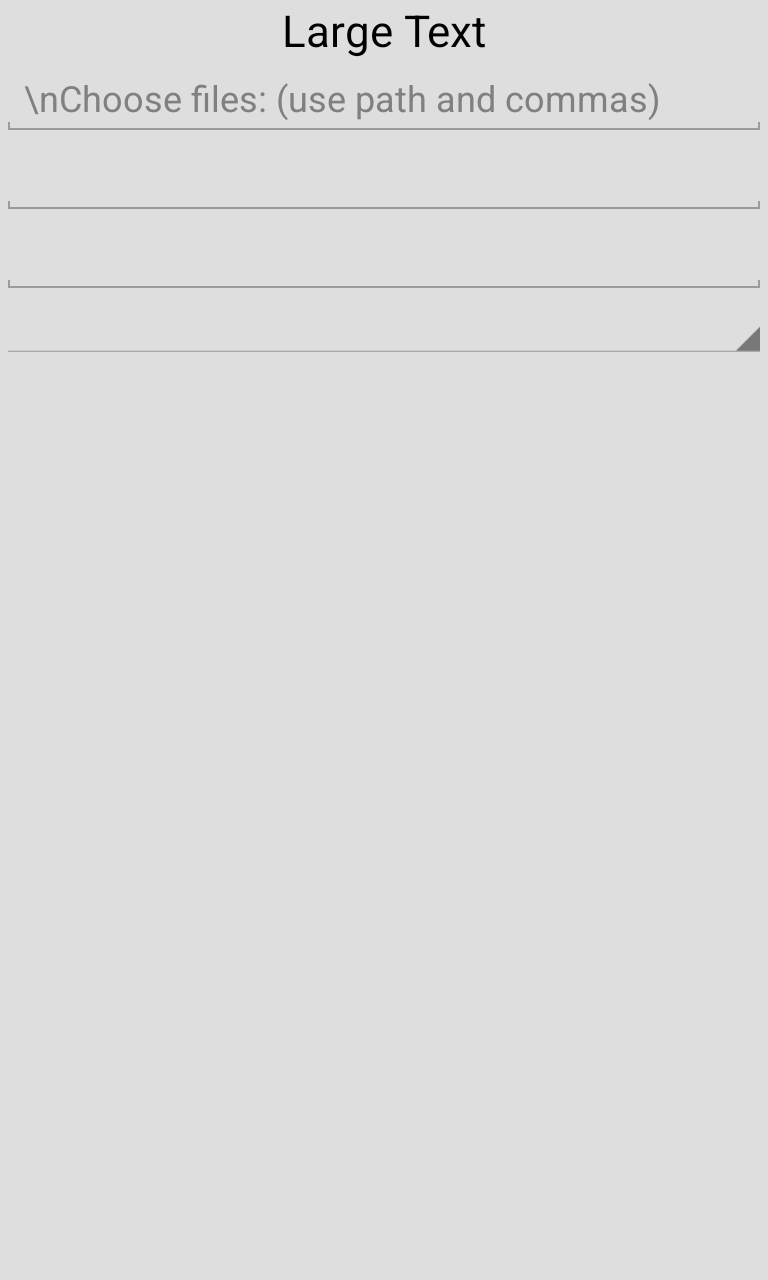
Repository: ya-ivanov/Android-Projects
Layout: Android Projects (OLD)/Zip It!/ZipIt/res/layout/activity_main.xml
The author's editor kept a copy of each file at every save. The layout is drawn from the files as they stood at one save, then again after the next save.
It is drawn on a 768 x 1280 px phone screen (xhdpi) without system bars, with theme AppTheme; the app's code is not run.

Above is the layout before, as saved 2013-12-11 20:16:05.

After the next save:
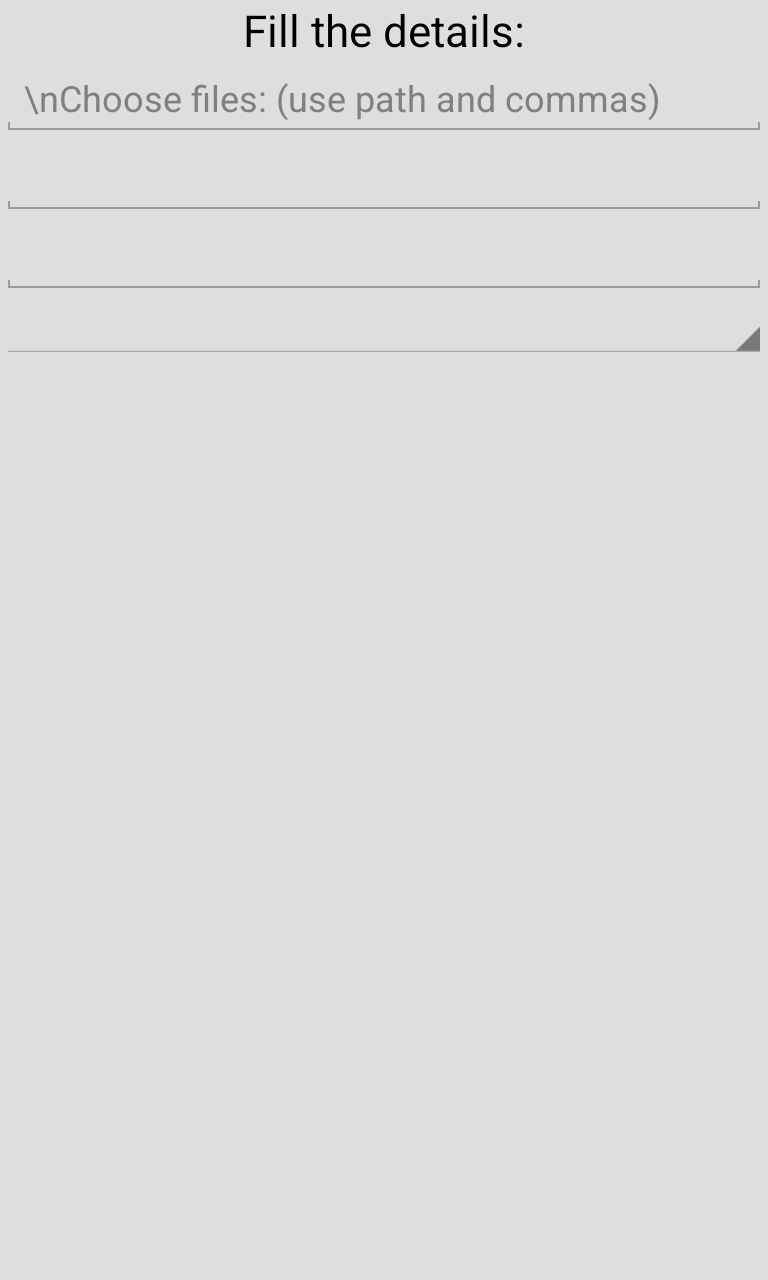
Saved 24 s later.
--- a/Android Projects (OLD)/Zip It!/ZipIt/res/layout/activity_main.xml
+++ b/Android Projects (OLD)/Zip It!/ZipIt/res/layout/activity_main.xml
@@ -8,7 +8,7 @@
         android:id="@+id/textView1"
         android:layout_width="match_parent"
         android:layout_height="wrap_content"
-        android:text="Large Text"
+        android:text="Fill the details:"
         android:gravity="center_horizontal"
         android:textAppearance="?android:attr/textAppearanceLarge" />
 
